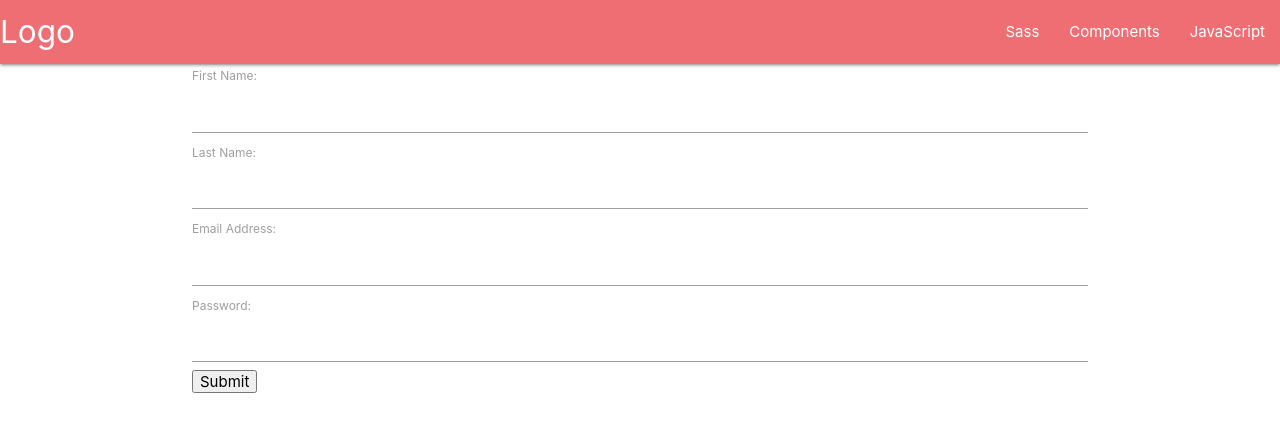
Repository: lamilekan263/contactKeep
Page: index.html
These files come from the project's save history. The page is drawn as it stood at one moment and after the next save; the edit follows.
The browser window is 1280 px wide. The pictures show the whole page.

Above is the page before, as saved 2020-09-12 08:38:24.

### index.html
<!DOCTYPE html>
<html lang="en">
<head>
    <meta charset="UTF-8">
    <meta name="viewport" content="width=device-width, initial-scale=1.0">
    <link rel="stylesheet" href="https://cdnjs.cloudflare.com/ajax/libs/materialize/1.0.0/css/materialize.min.css">
    <title>Pure Javascript Form</title>
</head>
<body>

    <nav>
        <div class='container'></div>
        <div class="nav-wrapper">
          <a href="#" class="brand-logo">Logo</a>
          <ul id="nav-mobile" class="right hide-on-med-and-down">
            <li><a href="sass.html">Sass</a></li>
            <li><a href="badges.html">Components</a></li>
            <li><a href="collapsible.html">JavaScript</a></li>
          </ul>
        </div>
      </nav>

    <div class="container">
        <form id="form-given">
            <div>
                <label for="first-name">First Name:</label>
                <input type="text" name="first-name">
            </div>
            <div>
                <label for="name">Last Name:</label>
                <input type="text" name="last-name">
            </div>
            <div>
                <label for="email">Email Address:</label>
                <input type="text" name="email">
            </div>
            <div>
                <label for="email">Password:</label>
                <input type="password" name="password">
            </div>
            <button>Submit</button>
        </form>
    </div>
    <script src="main.js"></script>
</body>
</html>

### main.js
const form = document.querySelector('#form-given');


form.addEventListener('submit', (e) =>{
    e.preventDefault();
    const firstName = form['first-name'].value;
    const lastName = form['last-name'].value
    const email = form['email'].value
    const password = form['password'].value
    console.log(`first Name = ${firstName} Last Name = ${lastName} Email = ${email} password = ${password}`)

    form.reset();
})

After the next save:
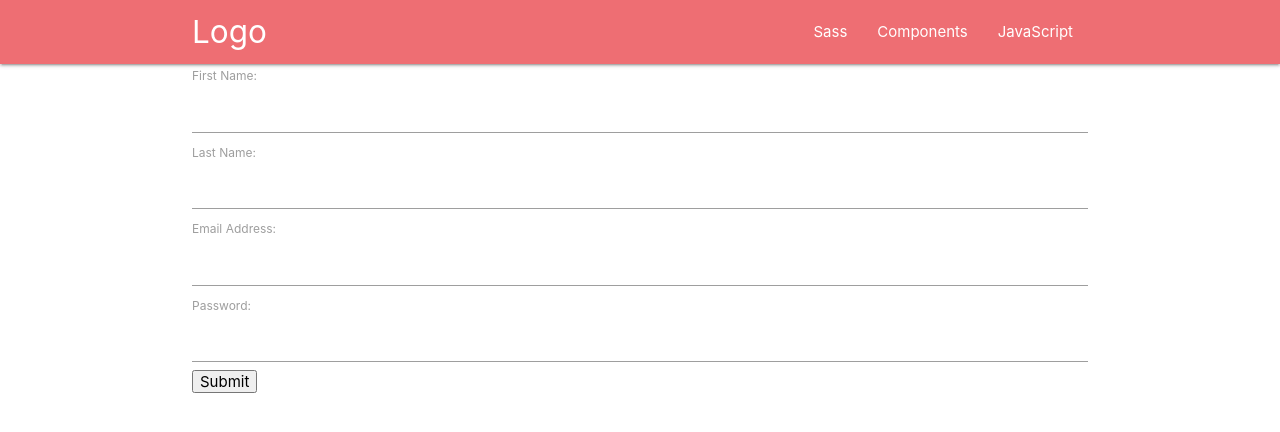
Saved 5 s later.
--- a/index.html
+++ b/index.html
@@ -9,7 +9,7 @@
 <body>
 
     <nav>
-        <div class='container'></div>
+        <div class='container'>
         <div class="nav-wrapper">
           <a href="#" class="brand-logo">Logo</a>
           <ul id="nav-mobile" class="right hide-on-med-and-down">
